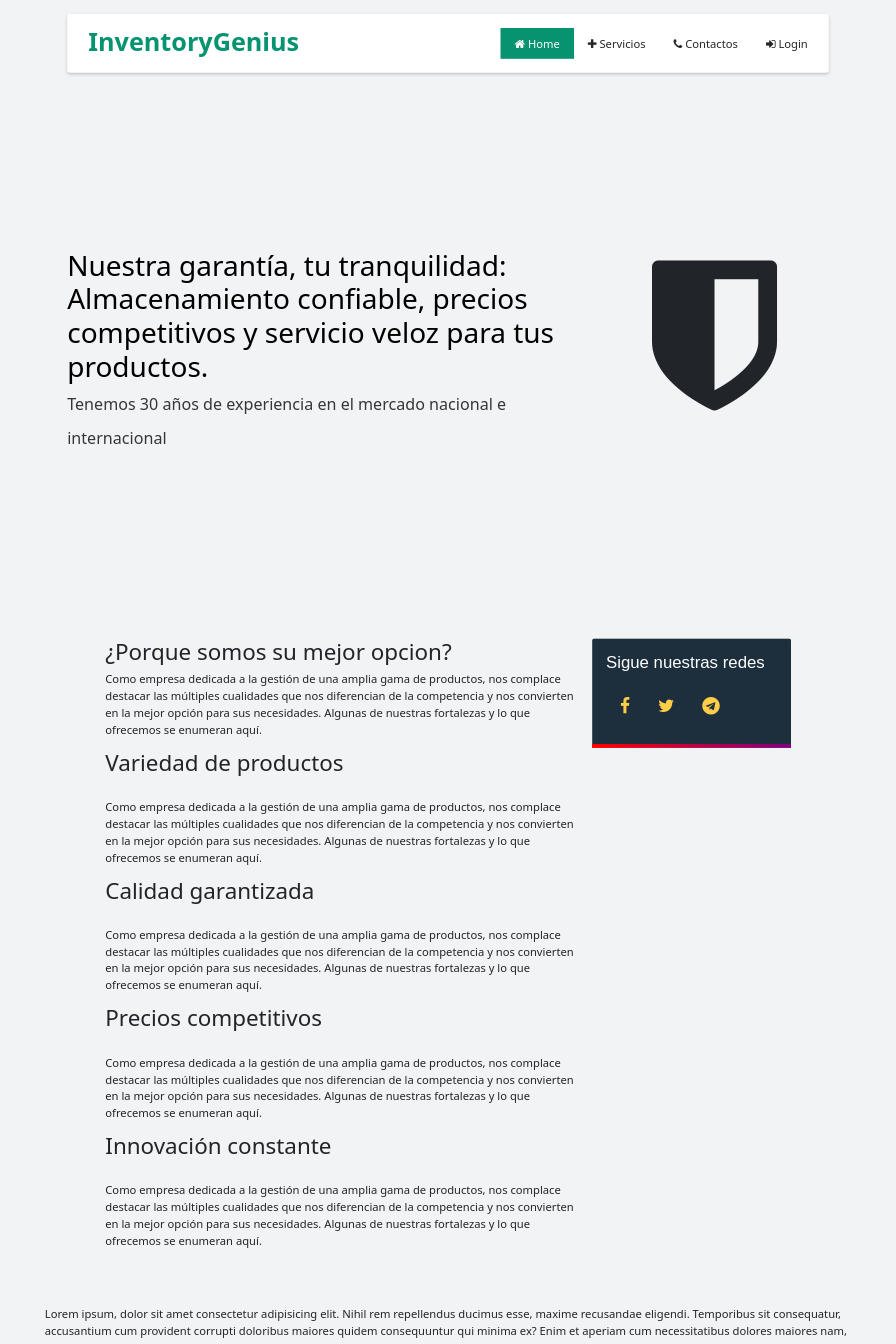
Repository: Sirius018/InventoryGenius
Page: http://localhost/Index
The author's editor kept a copy of each file at every save. The page is drawn from the files as they stood at one save, then again after the next save.
The browser window is 1280 px wide. The pictures show the part of the page from y = 0 to 1920 px (the page is 2651 px tall before and 2727 px after), at 70% of full size.
The page is this project's Thymeleaf template; nobody is signed in. The template is opened directly, without the code that normally fills it, so the values that code supplies are empty.

Above is the page before, as saved 2023-06-07 21:00:03.

After the next save:
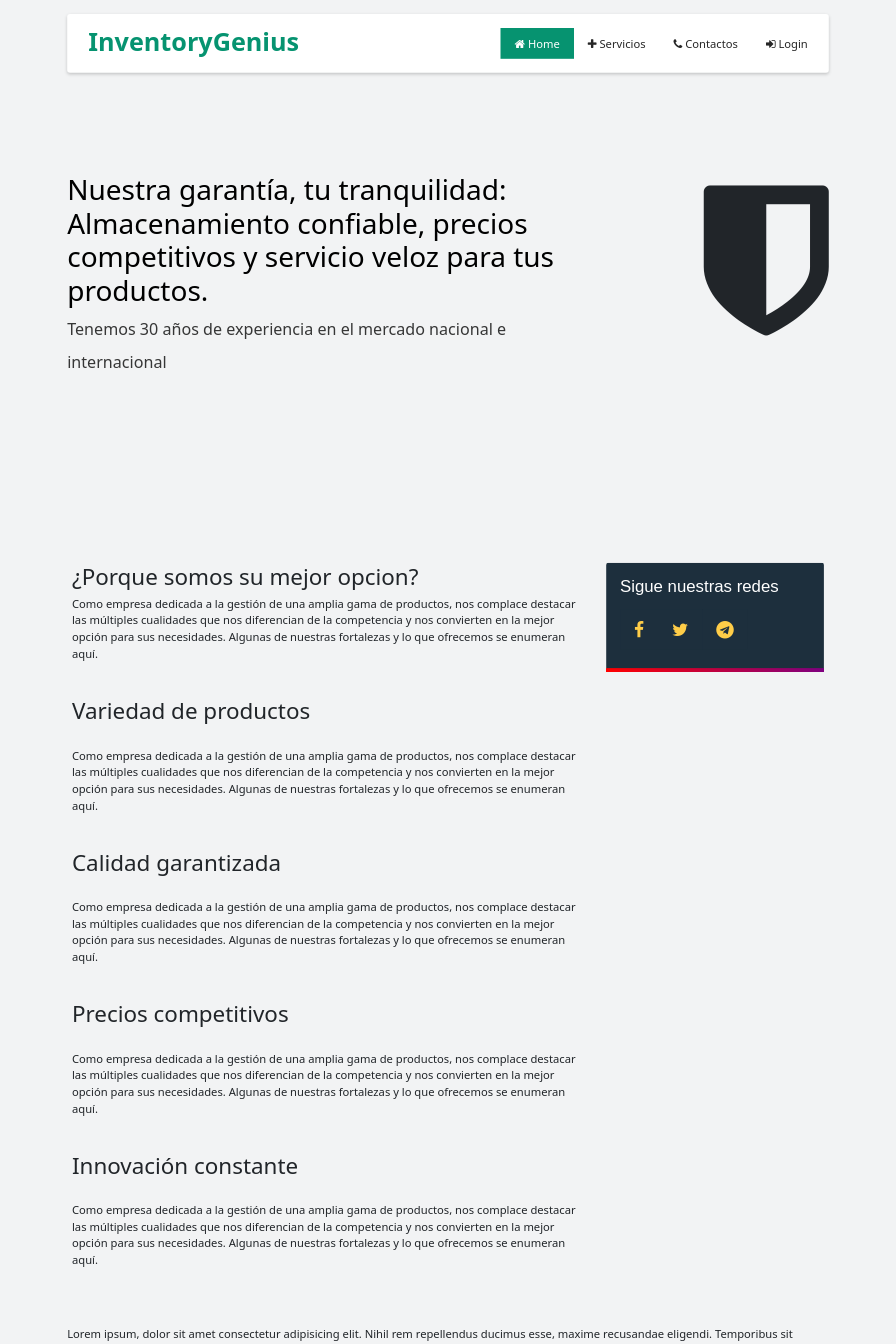
Saved 17 s later.
--- a/ADW/InventoryGenius/src/main/resources/templates/Index.html
+++ b/ADW/InventoryGenius/src/main/resources/templates/Index.html
@@ -146,7 +146,7 @@ main{
     margin: 0 auto;
     text-align:left;
     display: flex;
-    padding: 30vh 0 30vh;
+    padding: 15vh 0 30vh;
 }
 
 .intert-mid{
@@ -174,7 +174,7 @@ main{
 .intert-mid .content-title .ipa i{
     font-size: 250px;
     display: flex;
-    justify-content: center;
+    justify-content: right;
     align-items: center;
 
 }
@@ -201,9 +201,10 @@ main{
 
 
 main .content-main{
-    width: 85%;
+    width: 95%;
     display: flex;
     margin: 0 auto;
+    padding: 0 10px;
 }
 
 .content-main .info{
@@ -276,6 +277,16 @@ main .content-main{
 }
 
 
+.Bx-info{
+    margin-bottom: 50px;
+}
+
+.Bx-info:last-child{
+    margin-bottom: 0;
+}
+
+
+
 /*pagina de referencia: https://webflow.com/blog/business-website-examples  */
 
 
@@ -288,10 +299,11 @@ main .content-main{
 
 
 footer{
-   width: 90%;
+   width: 85%;
    margin: 50px auto;
    display: block;
 }
+
 
 
 
